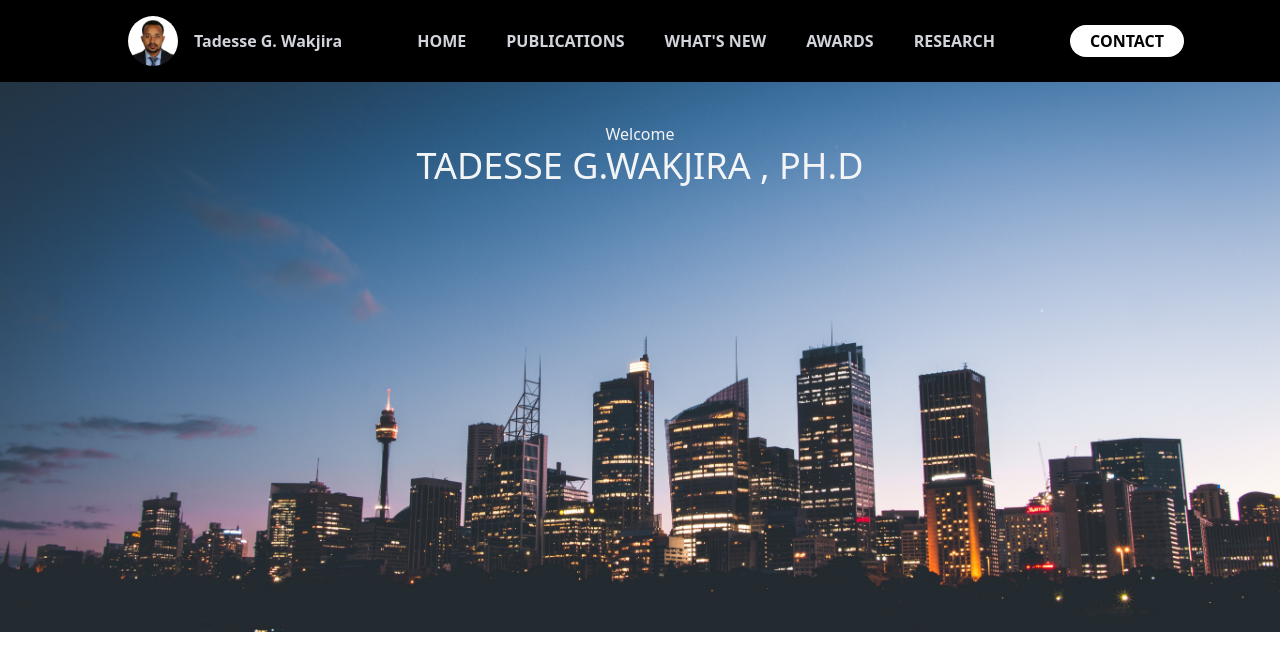
Repository: Elias-Kibret/Tade-portfoilo
Page: /
The author's editor kept a copy of each file at every save. The page is drawn from the files as they stood at one save, then again after the next save.
The browser window is 1280 px wide. The pictures show the whole page.
The project was rebuilt for these pictures with package versions that can differ from the ones it lists, and the page was loaded fresh each time. The framework's server and built-in components were replaced by stand-ins that run in the browser. Also part of the build but not shown: next.config.js.

Above is the page before, as saved 2022-06-28 00:39:53.

### pages/index.tsx
import type { NextPage } from 'next'
import Head from 'next/head'
import Image from 'next/image'
import Header from '../components/Header'
import Hero from '../components/Hero'
const Home: NextPage = () => {
  return (
    <div>
      <Head>
        <title>Create Next App</title>
        <link rel="icon" href="/favicon.ico" />
      </Head>
      <Header/>
      <Hero/>
    </div>
  )
}

export default Home

### styles/globals.css
@tailwind base;
@tailwind components;
@tailwind utilities;

.hero{
    width:100%;
    height:550px;
    background-image: url('../public/Img/BG.jpg');
    background-size: cover;
    background-position: center;
    background-position: center;
    background-repeat: no-repeat;

}

### components/Header.tsx
import Head from "next/head"
import Link from "next/link"
import Image from "next/image"
import Logo from '../public/Img/Tadesse.png'
const Header = () => {
  return (
<header className=" bg-black font-semibold  pl-32 py-4 text-gray-300  ">
   <div className="flex justify-between items-center">
      <div className="flex items-center space-x-4">
    <Image src={Logo}   className="rounded-full" width={50} height={50}/>
    <span>Tadesse G. Wakjira</span>
      </div>
      <div className="flex justify-between">
        <nav className="flex list-none space-x-10  hidden md:inline-flex text-black-200">
            <li >
                <Link href="">
                    <a> HOME</a>
                </Link>
            </li>
            <li>
                <Link href="">
                    <a> PUBLICATIONS <span></span></a>
                </Link>
            </li>
            <li>
                <Link href="">
                    <a> WHAT'S NEW</a>
                </Link>
            </li>
            <li>
                <Link href="">
                    <a> AWARDS</a>
                </Link>
            </li>
            <li>
                <Link href="">
                    <a> RESEARCH</a>
                </Link>
            </li>

        </nav>

      </div>
      <div className="mr-24 bg-white text-black px-5 py-1  rounded-full">
        <Link href=""  >
                    <a> CONTACT</a>
                </Link>
        </div>
    </div>
</header>
  )
}

export default Header

### components/Hero.tsx
import heroImage from '../public/Img/Hr.png'
import Image from 'next/image'
const Hero = () => {
  return (
<main  >
<div className='hero h-auto'>

<div className='text-gray-100  py-10  mx-auto w-1/2 text-center'>
  <h1>Welcome</h1>
  <h2 className='text-4xl'>TADESSE G.WAKJIRA , PH.D</h2>
</div>
</div>
</main>
  )
}

export default Hero

Loaded but not shown: pages/_app.tsx (common file); tailwind.config.js (common file)

After the next save:
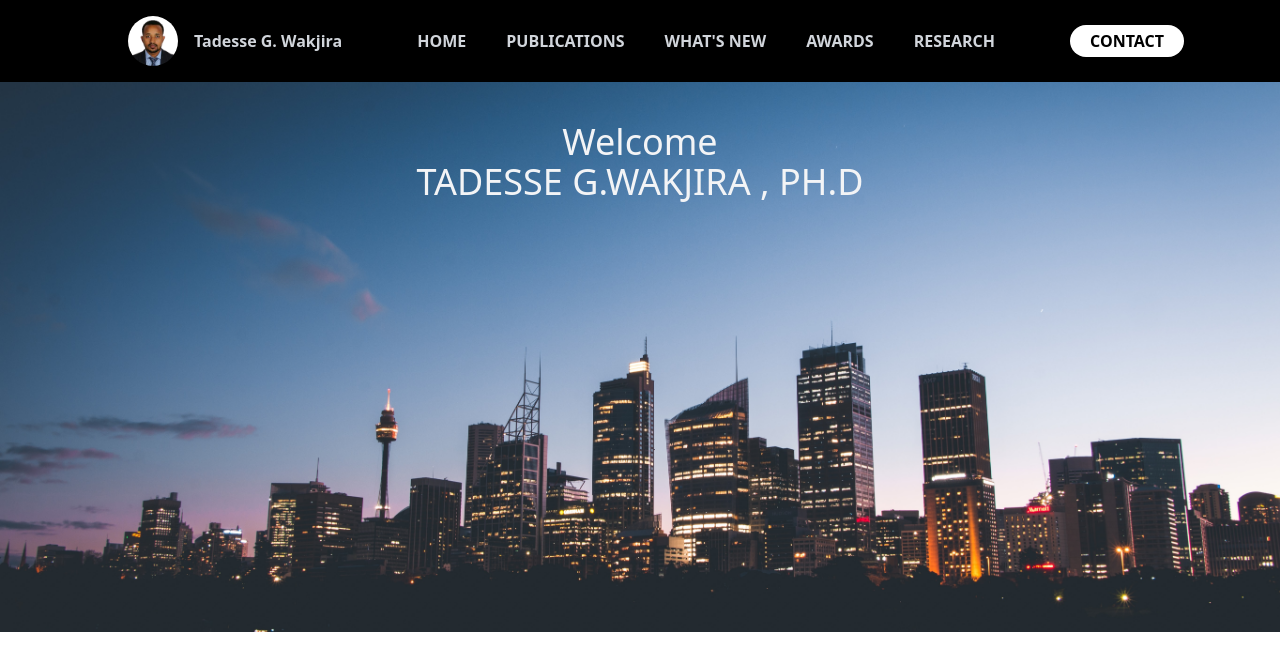
Saved 22 s later.
--- a/components/Hero.tsx
+++ b/components/Hero.tsx
@@ -5,9 +5,9 @@ const Hero = () => {
 <main  >
 <div className='hero h-auto'>
 
-<div className='text-gray-100  py-10  mx-auto w-1/2 text-center'>
+<div className='text-gray-100  py-10  mx-auto w-1/2 text-center text-4xl'>
   <h1>Welcome</h1>
-  <h2 className='text-4xl'>TADESSE G.WAKJIRA , PH.D</h2>
+  <h2 className=''>TADESSE G.WAKJIRA , PH.D</h2>
 </div>
 </div>
 </main>
